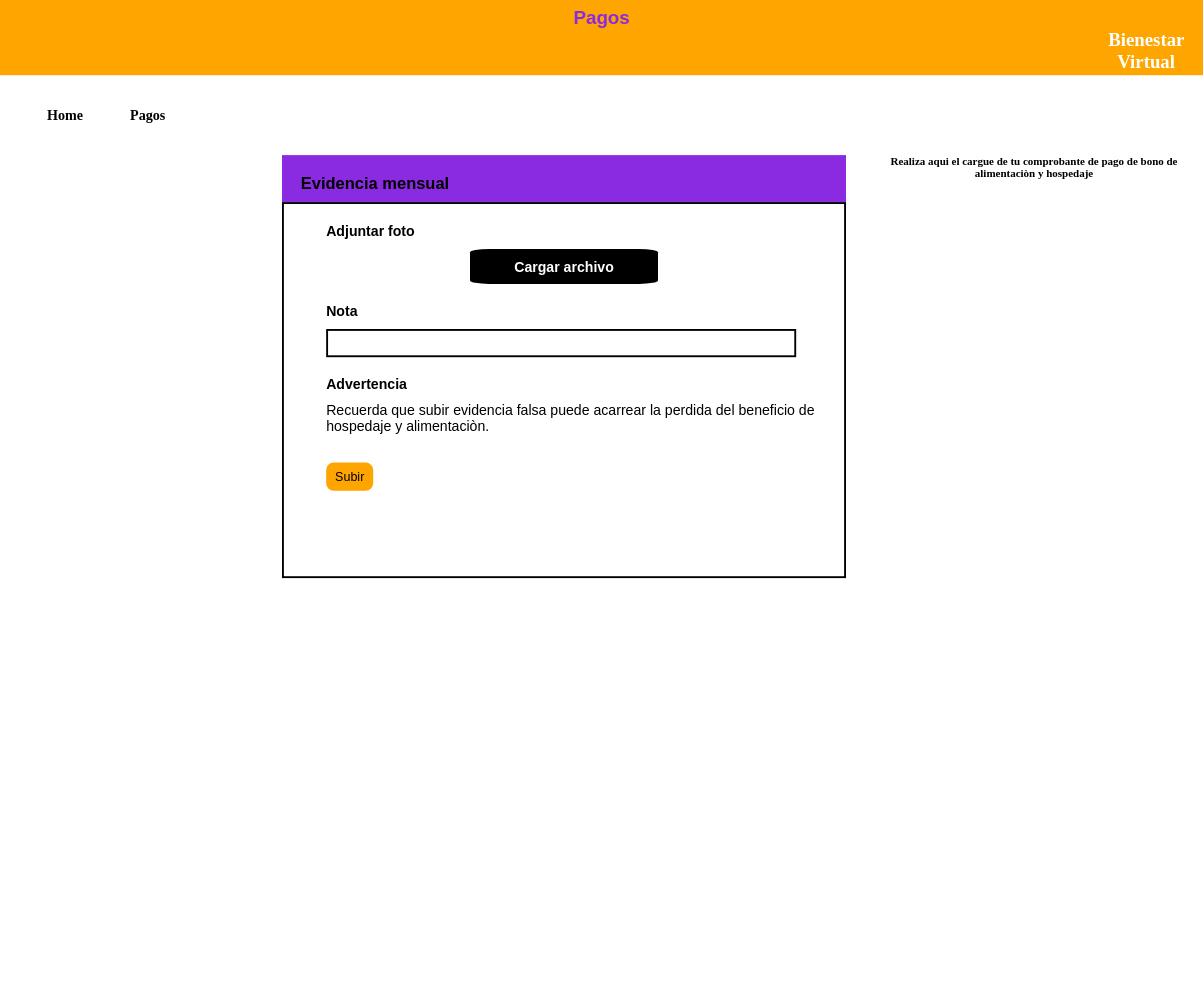
Repository: Diani123/Mis-actividades
Page: softwarebienestarinstitucional/pagos.html
These files come from the project's save history. The page is drawn as it stood at one moment and after a run of saves; the edit follows.
The browser window is 1280 px wide. The pictures show the whole page, at 94% of full size.

Above is the page before, as saved 2023-02-12 20:33:33.

### softwarebienestarinstitucional/pagos.html
<!DOCTYPE html>
<html lang="en">
  <head>
    <meta charset="UTF-8" />
    <meta http-equiv="X-UA-Compatible" content="IE=edge" />
    <meta name="viewport" content="width=device-width, initial-scale=1.0" />
    <link rel="stylesheet" href="./pagos.css" />
    <title>Document</title>
  </head>
  <body>
    <header>
      <div class="Encabezado">
        <h2 class="title1">Pagos</h2>
        <h2 class="title2">Bienestar</h2>
        <h2 class="title3">Virtual</h2>
      </div>
    </header>
    <div class="Items">
      <a href="./home.html" class="item"><h2 class="item-title">Home</h2></a>
      <a href="./pagos.html" class="item"><h2 class="item-title">Pagos</h2></a>
    </div>
    <div class="ContainerT">
      <div class="contenedor1">
      <div class="ContainerTitle">
        <h3 class="title4">Evidencia mensual</h3>
      </div>
      <div class="Container-dowload">
        <form
          action="../../form-result.php"
          method="post"
          enctype="multipart/form-data"
          target="_blank"
        >
          <p class="textt">Adjuntar foto</p>
          <br />

          <div class="custom-input-file col-md-6 col-sm-6 col-xs-6">
            <input
              type="file"
              id="fichero-tarifas"
              class="input-file"
              value=""
            />
            Cargar archivo
          </div>

          <p class="textt">Nota</p>
          <br />
          <section class="Section-nota">
            <input class="input3" type="text" name="" id="" />
          </section>
          <p class="textt">Advertencia</p>
          <br />
          <h2 class="advertencia">
            Recuerda que subir evidencia falsa puede acarrear la perdida del
            beneficio de hospedaje y alimentaciòn.
          </h2>
          <button class="boton">Subir</button>
        </form>
      </div>
      </div>
      <div class="contenedor2">
        <h3>Realiza aqui el cargue de tu comprobante de pago de bono de alimentaciòn y hospedaje</h3>
      </div>
    </div>

  </body>
</html>

### softwarebienestarinstitucional/pagos.css
* {
  margin: 0;
  padding: 0;
  box-sizing: border-box;
}
html {
  font-size: 62.5%;
}
html,
body {
  min-height: 100%;
}
.Encabezado {
  display: flex;
  flex-direction: column;
  width: 100%;
  height: 80px;
  background-color: orange;
}
.Items {
  display: flex;
  flex-direction: row;
  text-align: left;
  height: 50px;
  margin-top: 15px;
  margin-bottom: 20px;
}
.title1 {
  padding-top: 8px;
  text-align: center;
  font-size: 2rem;
  font-family: Arial, Helvetica, sans-serif;
  color: blueviolet;
}
.title2 {
  text-align: end;
  margin-right: 20px;
  font-size: 2rem;
  color: white;
}
.title3 {
  text-align: end;
  margin-right: 30px;
  font-size: 2rem;
  color: white;
  padding-top: px;
}
.item-title {
  padding-top: 20px;
  padding-left: 50px;
  color: black;
}
.item {
  text-decoration: none;
}
.item:hover {
  border-bottom: solid 2px orange;
  border-width: 2px;
}

.ContainerTitle {
  margin-left: 300px;
  height: 50px;
  width: 600px;
  background-color: blueviolet;
  padding-left: 20px;
  padding-top: 20px;
  font-size: 1.5rem;
  font-family: Arial, Helvetica, sans-serif;
}
.Container-dowload {
  margin-left: 300px;
  width: 600px;
  height: 400px;
  border: solid 2px black;
}
.ContainerT {
  display: grid;
  grid-template-columns: repeat(2, 1fr);
  grid-template-rows: repeat(2, 1fr);
  grid-column-gap: 0px;
  grid-row-gap: 0px;
}

.textt {
  margin-top: 20px;
  margin-left: 45px;
  font-size: 1.5rem;
  font-weight: 700;
  font-family: Arial, Helvetica, sans-serif;
}
.section1 {
  width: 500px;
  height: 80px;
  margin-left: 45px;
  border: solid 2px black;
  justify-content: center;
  align-items: center;
}

.input3 {
  width: 500px;
  height: 30px;
  margin-left: 45px;
  border: solid 2px black;
}
.advertencia {
  margin-left: 45px;
  font-weight: 100;
  font-family: Arial, Helvetica, sans-serif;
}
.boton {
  margin-top: 30px;
  margin-left: 45px;
  width: 50px;
  height: 30px;
  background-color: orange;
  border-radius: 8px;
  border: none;
  cursor: pointer;
}
.boton:hover {
  box-shadow: 0 0 20px blueviolet;
}
.custom-input-file {
  background-color: black;
  color: #fff;
  cursor: pointer;
  font-size: 1.5rem;
  font-weight: bold;
  margin: 0 auto 0;
  min-height: 15px;
  overflow: hidden;
  padding: 10px;
  position: relative;
  text-align: center;
  width: 200px;
  border-radius: 10%;
  font-family: Arial, Helvetica, sans-serif;
}

.custom-input-file .input-file {
  border: 10000px solid transparent;
  cursor: pointer;
  font-size: 10000px;
  margin: 0;
  opacity: 0;
  outline: 0 none;
  padding: 0;
  position: absolute;
  right: -1000px;
  top: -1000px;
}
.contenedor2{ç
  width: 200px;
  height: 50px;
  padding-left: 20px;
  text-align: center;
}

After the next 3 saves:
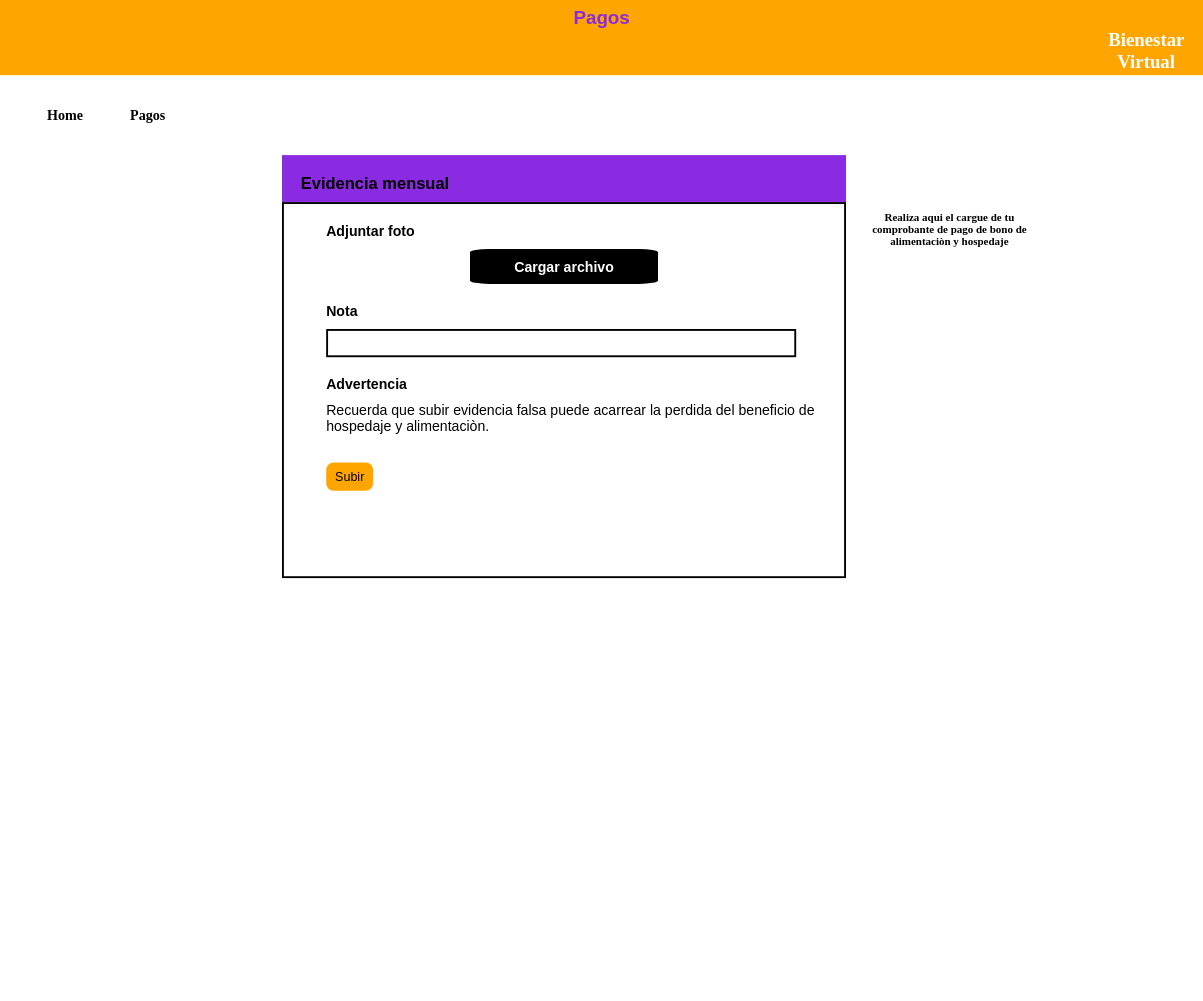
The 3 saves are shown as one change because they came seconds apart.
The last was saved 12 s later.
--- a/softwarebienestarinstitucional/pagos.css
+++ b/softwarebienestarinstitucional/pagos.css
@@ -151,7 +151,8 @@ body {
   right: -1000px;
   top: -1000px;
 }
-.contenedor2{ç
+.contenedor2{
+  margin-top: 60px;
   width: 200px;
   height: 50px;
   padding-left: 20px;
